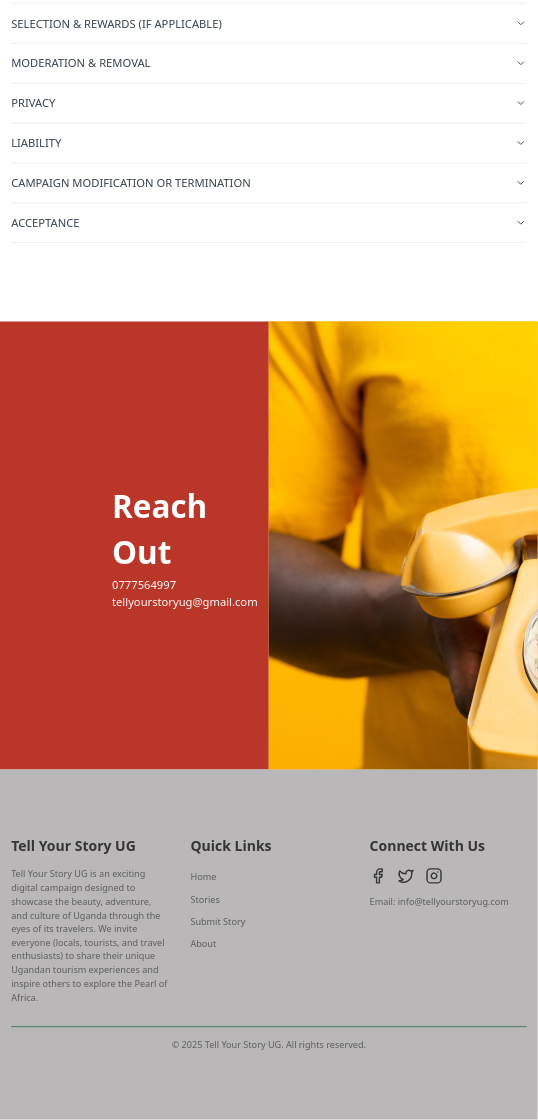
Repository: kaizoku010/take.part
Page: /
These files come from the project's save history. The page is drawn as it stood at one moment and after a run of saves; the edit follows.
The browser window is 768 px wide. The pictures show the part of the page from y = 4075 to 6315 px (the page is 5675 px tall before and 6315 px after), at 70% of full size.
Backgrounds fixed to the window are drawn as part of the page. The project was rebuilt for these pictures with package versions that can differ from the ones it lists, and the page was loaded fresh each time. Also part of the build but not shown: vite.config.ts, src/components/ui/tooltip.tsx, src/pages/About.tsx, src/components/ui/input.tsx, src/pages/Stories.tsx, src/pages/StoryDetail.tsx, src/components/ui/use-toast.ts, src/components/ui/label.tsx and 3 more.

Above is the page before, as saved 2025-04-14 17:03:57.

### index.html

<!DOCTYPE html>
<html lang="en">
  <head>
    <meta charset="UTF-8" />
    <meta name="viewport" content="width=device-width, initial-scale=1.0" />
    <title>TAKE PART</title>
    <meta name="description" content="Share your Ugandan tourism experiences and inspire others to explore the Pearl of Africa" />
    <meta name="author" content="muneza dixon" />

    <meta property="og:title" content="Tell Your Story UG - Explore Uganda" />
    <meta property="og:description" content="Share your Ugandan tourism experiences and inspire others to explore the Pearl of Africa" />

    <!-- Meta Pixel Code -->
    <script>
    !function(f,b,e,v,n,t,s)
    {if(f.fbq)return;n=f.fbq=function(){n.callMethod?
    n.callMethod.apply(n,arguments):n.queue.push(arguments)};
    if(!f._fbq)f._fbq=n;n.push=n;n.loaded=!0;n.version='2.0';
    n.queue=[];t=b.createElement(e);t.async=!0;
    t.src=v;s=b.getElementsByTagName(e)[0];
    s.parentNode.insertBefore(t,s)}(window, document,'script',
    'https://connect.facebook.net/en_US/fbevents.js');
    fbq('init', '1846327909352916');
    fbq('track', 'PageView');
    </script>
    <!-- End Meta Pixel Code -->
  </head>

  <body>
    <div id="root"></div>
    <!-- Facebook Pixel noscript -->
    <noscript><img height="1" width="1" style="display:none"
    src="https://www.facebook.com/tr?id=1846327909352916&ev=PageView&noscript=1"
    /></noscript>
    <!-- IMPORTANT: DO NOT REMOVE THIS SCRIPT TAG OR THIS VERY COMMENT! -->
    <script src="https://cdn.gpteng.co/gptengineer.js" type="module"></script>
    <script type="module" src="/src/main.tsx"></script>
  </body>
</html>

### src/App.tsx

import { Toaster } from "@/components/ui/toaster";
import { Toaster as Sonner } from "@/components/ui/sonner";
import { TooltipProvider } from "@/components/ui/tooltip";
import { QueryClient, QueryClientProvider } from "@tanstack/react-query";
import { BrowserRouter, Routes, Route } from "react-router-dom";
import Home from "./pages/Home";
import About from "./pages/About";
import Stories from "./pages/Stories";
import StoryDetail from "./pages/StoryDetail";
import SubmitStory from "./pages/SubmitStory";
import NotFound from "./pages/NotFound";
import "./mdx.css";
import "./mobile.css"

const queryClient = new QueryClient();

const App = () => (
  <QueryClientProvider client={queryClient}>
    <TooltipProvider>
      <Toaster />
      <Sonner />
      <BrowserRouter>
        <Routes>
          <Route path="/" element={<Home />} />
          <Route path="/about" element={<About />} />
          <Route path="/stories" element={<Stories />} />
          <Route path="/stories/:id" element={<StoryDetail />} />
          <Route path="/submit-story" element={<SubmitStory />} />
          {/* ADD ALL CUSTOM ROUTES ABOVE THE CATCH-ALL "*" ROUTE */}
          <Route path="*" element={<NotFound />} />
        </Routes>
      </BrowserRouter>
    </TooltipProvider>
  </QueryClientProvider>
);

export default App;

### src/index.css
@tailwind base;
@tailwind components;
@tailwind utilities;

@layer base {
  :root {
    --background: 0 0% 100%;
    --foreground: 222.2 84% 4.9%;

    --card: 0 0% 100%;
    --card-foreground: 222.2 84% 4.9%;

    --popover: 0 0% 100%;
    --popover-foreground: 222.2 84% 4.9%;

    /* Main Orange/Gold */
    --primary: 41.81 100% 49.8%;
    --primary-foreground: 210 40% 98%;

    /* Rust Red */
    --secondary: 5.38 63.88% 44.51%;
    --secondary-foreground: 210 40% 98%;

    /* Change accent to Rust Red */
    --accent: 5.38 63.88% 44.51%;
    --accent-foreground: 210 40% 98%;

    --muted: 210 40% 96.1%;
    --muted-foreground: 215.4 16.3% 46.9%;

    --destructive: 0 84.2% 60.2%;
    --destructive-foreground: 210 40% 98%;

    --border: 214.3 31.8% 91.4%;
    --input: 214.3 31.8% 91.4%;
    --ring: 5.38 63.88% 44.51%;  /* Changed to Rust Red */

    --radius: 0.5rem;

    --sidebar-background: 0 0% 98%;

    --sidebar-foreground: 240 5.3% 26.1%;

    --sidebar-primary: 240 5.9% 10%;

    --sidebar-primary-foreground: 0 0% 98%;

    --sidebar-accent: 240 4.8% 95.9%;

    --sidebar-accent-foreground: 240 5.9% 10%;

    --sidebar-border: 220 13% 91%;

    --sidebar-ring: 217.2 91.2% 59.8%;
  }

  .dark {
    --background: 222.2 84% 4.9%;
    --foreground: 210 40% 98%;

    --card: 222.2 84% 4.9%;
    --card-foreground: 210 40% 98%;

    --popover: 222.2 84% 4.9%;
    --popover-foreground: 210 40% 98%;

    /* Main Orange/Gold */
    --primary: 41.81 100% 49.8%;
    --primary-foreground: 210 40% 98%;

    /* Rust Red */
    --secondary: 5.38 63.88% 44.51%;
    --secondary-foreground: 210 40% 98%;

    /* Change accent to Rust Red */
    --accent: 5.38 63.88% 44.51%;
    --accent-foreground: 210 40% 98%;

    --muted: 217.2 32.6% 17.5%;
    --muted-foreground: 215 20.2% 65.1%;

    --destructive: 0 62.8% 30.6%;
    --destructive-foreground: 210 40% 98%;

    --border: 217.2 32.6% 17.5%;
    --input: 217.2 32.6% 17.5%;
    --ring: 5.38 63.88% 44.51%;  /* Changed to Rust Red */
    --sidebar-background: 240 5.9% 10%;
    --sidebar-foreground: 240 4.8% 95.9%;
    --sidebar-primary: 224.3 76.3% 48%;
    --sidebar-primary-foreground: 0 0% 100%;
    --sidebar-accent: 240 3.7% 15.9%;
    --sidebar-accent-foreground: 240 4.8% 95.9%;
    --sidebar-border: 240 3.7% 15.9%;
    --sidebar-ring: 217.2 91.2% 59.8%;
  }
}

@layer base {
  * {
    @apply border-border;
  }

  body {
    @apply bg-background text-foreground;
  }
}

### src/components/ui/toaster.tsx
import { useToast } from "@/hooks/use-toast"
import {
  Toast,
  ToastClose,
  ToastDescription,
  ToastProvider,
  ToastTitle,
  ToastViewport,
} from "@/components/ui/toast"

export function Toaster() {
  const { toasts } = useToast()

  return (
    <ToastProvider>
      {toasts.map(function ({ id, title, description, action, ...props }) {
        return (
          <Toast key={id} {...props}>
            <div className="grid gap-1">
              {title && <ToastTitle>{title}</ToastTitle>}
              {description && (
                <ToastDescription>{description}</ToastDescription>
              )}
            </div>
            {action}
            <ToastClose />
          </Toast>
        )
      })}
      <ToastViewport />
    </ToastProvider>
  )
}

### src/components/ui/sonner.tsx
import { useTheme } from "next-themes"
import { Toaster as Sonner, toast } from "sonner"

type ToasterProps = React.ComponentProps<typeof Sonner>

const Toaster = ({ ...props }: ToasterProps) => {
  const { theme = "system" } = useTheme()

  return (
    <Sonner
      theme={theme as ToasterProps["theme"]}
      className="toaster group"
      toastOptions={{
        classNames: {
          toast:
            "group toast group-[.toaster]:bg-background group-[.toaster]:text-foreground group-[.toaster]:border-border group-[.toaster]:shadow-lg",
          description: "group-[.toast]:text-muted-foreground",
          actionButton:
            "group-[.toast]:bg-primary group-[.toast]:text-primary-foreground",
          cancelButton:
            "group-[.toast]:bg-muted group-[.toast]:text-muted-foreground",
        },
      }}
      {...props}
    />
  )
}

export { Toaster, toast }

### src/mdx.css
#hero-text{
    font-size: 1.2rem !important;
    line-height: unset !important;
}

#logo{
    width: 6rem !important;
}

#nav{
    background-color: white !important;

}

#link{
    font-size: small !important;
    font-weight: 500;
color:rgba(0, 0, 0, 0.658) !important;
}


.bg-green-800{
    background-color: #ba3629 !important;
}

.bg-yellow-800{
    background-color: rgb(254, 177, 0) !important;
}


.bg-yellow-dx{
    background-color: rgb(254, 177, 0) !important;
}

.bg-green-900 {
    color: rgb(54, 53, 53) !important;
background-color: rgb(185, 183, 183) !important;
}


.text-green-800 {
    --tw-text-opacity: 1;
    color: rgb(43 49 45) !important;
}


.text-gray-hound{
    font-size: small;
    color: rgb(94, 94, 94) !important;
}


#carousel-section{
    padding-top: 5rem;
    padding-bottom: 5rem;
    background-color: #feb100 !important;
}

.bg-background {
    background-color: #212120 !important;
}

#prizes-section{
    height: 40rem !important;
    display: flex;
    padding-left: 10rem;
    background-position: bottom;
    background-attachment: fixed;
    width: 100%;
    background-image: url("../src/media/zebs.jpg");
}


.content-prizes{
display: flex;
/* background-color: red; */
width: 100%;
flex-direction: column;
justify-content: center;
}

.content-prizes-2{
display: flex;
background-color: transparent;
width: 100%;
flex-direction: column;
}

.win-title{

    font-weight: 800;
    font-size: 2rem;
    margin-bottom: 1rem;
    color: white;
}

.prize{
    display: flex;

    /* margin-bottom: 1rem; */
    font-weight: 200;
    /* font-size: 2rem; */
    align-items: center;
    color: white;
}

.prize img{
    width: 2.5rem;
    height: 2rem;
}


.take-part{
    background-color: #feb100;
    color: rgb(54, 52, 52);
    padding: 0.7rem;
    margin-top: 2rem;
    width: 10rem;
    font-weight: bold;
    font-size: small;
    border-radius: 10px;

}

.take-part:hover{
    color: white !important;
background-color: #ba3629 !important;
}


#vist-ug{
    background-color: #ba3629 !important;
}


#vist-ug:hover{
    background-color: transparent !important;
}


#footer{
    padding-top: 6rem;
    padding-bottom: 6rem;
}

#cta{
    height: 30rem;
    display: flex;
    flex-direction: column;
    justify-content: center;
    /* padding-top: 5rem !important;
    padding-bottom: 5rem !important; */
}


#contact{
    display: flex;
    /* background-image: url("../src/media/call.jpg"); */
}


#cta-section{
    width: 100%;
    height: 40rem;
    justify-content: center;
    display: flex;
    color: white;
    flex-direction: column;
    background-color: #ba3629 !important;
}

#cta-section-2{
    width: 100%;
    height: 40rem;
    background-size: cover;
    background-image: url("../src/media/call.jpg");
    background-color: #feb100 !important;
}

.call-title{
    padding-left: 10rem;
    font-size: 45px;
    font-weight: 800;

}

#cta-section > p{
    padding-left: 10rem;

}

### src/mobile.css
@media (max-width: 768px) {
    header {
      padding: 0.5rem 0;
    }

    .mobile-menu {
      position: absolute;
      top: 100%;
      left: 0;
      right: 0;
      background-color: #166534; /* green-800 */
      padding: 1rem;
      box-shadow: 0 2px 4px rgba(0,0,0,0.1);
    }

    .mobile-menu a {
      display: block;
      padding: 0.75rem 1rem;
      color: white;
      border-bottom: 1px solid rgba(255,255,255,0.1);
    }

    .mobile-menu a:last-child {
      border-bottom: none;
    }

#cta-section{
    flex-direction: column;
}

  }

### src/components/ui/button.tsx
import * as React from "react"
import { Slot } from "@radix-ui/react-slot"
import { cva, type VariantProps } from "class-variance-authority"

import { cn } from "@/lib/utils"

const buttonVariants = cva(
  "inline-flex items-center justify-center gap-2 whitespace-nowrap rounded-md text-sm font-medium ring-offset-background transition-colors focus-visible:outline-none focus-visible:ring-2 focus-visible:ring-ring focus-visible:ring-offset-2 disabled:pointer-events-none disabled:opacity-50 [&_svg]:pointer-events-none [&_svg]:size-4 [&_svg]:shrink-0",
  {
    variants: {
      variant: {
        default: "bg-primary text-primary-foreground hover:bg-primary/90",
        destructive:
          "bg-destructive text-destructive-foreground hover:bg-destructive/90",
        outline:
          "border border-input bg-background hover:bg-accent hover:text-accent-foreground",
        secondary:
          "bg-secondary text-secondary-foreground hover:bg-secondary/80",
        ghost: "hover:bg-accent hover:text-accent-foreground",
        link: "text-primary underline-offset-4 hover:underline",
      },
      size: {
        default: "h-10 px-4 py-2",
        sm: "h-9 rounded-md px-3",
        lg: "h-11 rounded-md px-8",
        icon: "h-10 w-10",
      },
    },
    defaultVariants: {
      variant: "default",
      size: "default",
    },
  }
)

export interface ButtonProps
  extends React.ButtonHTMLAttributes<HTMLButtonElement>,
    VariantProps<typeof buttonVariants> {
  asChild?: boolean
}

const Button = React.forwardRef<HTMLButtonElement, ButtonProps>(
  ({ className, variant, size, asChild = false, ...props }, ref) => {
    const Comp = asChild ? Slot : "button"
    return (
      <Comp
        className={cn(buttonVariants({ variant, size, className }))}
        ref={ref}
        {...props}
      />
    )
  }
)
Button.displayName = "Button"

export { Button, buttonVariants }

### src/components/ui/card.tsx
import * as React from "react"

import { cn } from "@/lib/utils"

const Card = React.forwardRef<
  HTMLDivElement,
  React.HTMLAttributes<HTMLDivElement>
>(({ className, ...props }, ref) => (
  <div
    ref={ref}
    className={cn(
      "rounded-lg border bg-card text-card-foreground shadow-sm",
      className
    )}
    {...props}
  />
))
Card.displayName = "Card"

const CardHeader = React.forwardRef<
  HTMLDivElement,
  React.HTMLAttributes<HTMLDivElement>
>(({ className, ...props }, ref) => (
  <div
    ref={ref}
    className={cn("flex flex-col space-y-1.5 p-6", className)}
    {...props}
  />
))
CardHeader.displayName = "CardHeader"

const CardTitle = React.forwardRef<
  HTMLParagraphElement,
  React.HTMLAttributes<HTMLHeadingElement>
>(({ className, ...props }, ref) => (
  <h3
    ref={ref}
    className={cn(
      "text-2xl font-semibold leading-none tracking-tight",
      className
    )}
    {...props}
  />
))
CardTitle.displayName = "CardTitle"

const CardDescription = React.forwardRef<
  HTMLParagraphElement,
  React.HTMLAttributes<HTMLParagraphElement>
>(({ className, ...props }, ref) => (
  <p
    ref={ref}
    className={cn("text-sm text-muted-foreground", className)}
    {...props}
  />
))
CardDescription.displayName = "CardDescription"

const CardContent = React.forwardRef<
  HTMLDivElement,
  React.HTMLAttributes<HTMLDivElement>
>(({ className, ...props }, ref) => (
  <div ref={ref} className={cn("p-6 pt-0", className)} {...props} />
))
CardContent.displayName = "CardContent"

const CardFooter = React.forwardRef<
  HTMLDivElement,
  React.HTMLAttributes<HTMLDivElement>
>(({ className, ...props }, ref) => (
  <div
    ref={ref}
    className={cn("flex items-center p-6 pt-0", className)}
    {...props}
  />
))
CardFooter.displayName = "CardFooter"

export { Card, CardHeader, CardFooter, CardTitle, CardDescription, CardContent }

### src/components/layout/Layout.tsx

import { ReactNode } from "react";
import Header from "./Header";
import Footer from "./Footer";

interface LayoutProps {
  children: ReactNode;
}

const Layout = ({ children }: LayoutProps) => {
  return (
    <div className="flex flex-col min-h-screen">
      <Header />
      <main className="flex-grow">
        {children}
      </main>
      <Footer />
    </div>
  );
};

export default Layout;

### src/components/ui/accordion.tsx
import * as React from "react"
import * as AccordionPrimitive from "@radix-ui/react-accordion"
import { ChevronDown } from "lucide-react"

import { cn } from "@/lib/utils"

const Accordion = AccordionPrimitive.Root

const AccordionItem = React.forwardRef<
  React.ElementRef<typeof AccordionPrimitive.Item>,
  React.ComponentPropsWithoutRef<typeof AccordionPrimitive.Item>
>(({ className, ...props }, ref) => (
  <AccordionPrimitive.Item
    ref={ref}
    className={cn("border-b", className)}
    {...props}
  />
))
AccordionItem.displayName = "AccordionItem"

const AccordionTrigger = React.forwardRef<
  React.ElementRef<typeof AccordionPrimitive.Trigger>,
  React.ComponentPropsWithoutRef<typeof AccordionPrimitive.Trigger>
>(({ className, children, ...props }, ref) => (
  <AccordionPrimitive.Header className="flex">
    <AccordionPrimitive.Trigger
      ref={ref}
      className={cn(
        "flex flex-1 items-center justify-between py-4 font-medium transition-all hover:underline [&[data-state=open]>svg]:rotate-180",
        className
      )}
      {...props}
    >
      {children}
      <ChevronDown className="h-4 w-4 shrink-0 transition-transform duration-200" />
    </AccordionPrimitive.Trigger>
  </AccordionPrimitive.Header>
))
AccordionTrigger.displayName = AccordionPrimitive.Trigger.displayName

const AccordionContent = React.forwardRef<
  React.ElementRef<typeof AccordionPrimitive.Content>,
  React.ComponentPropsWithoutRef<typeof AccordionPrimitive.Content>
>(({ className, children, ...props }, ref) => (
  <AccordionPrimitive.Content
    ref={ref}
    className="overflow-hidden text-sm transition-all data-[state=closed]:animate-accordion-up data-[state=open]:animate-accordion-down"
    {...props}
  >
    <div className={cn("pb-4 pt-0", className)}>{children}</div>
  </AccordionPrimitive.Content>
))

AccordionContent.displayName = AccordionPrimitive.Content.displayName

export { Accordion, AccordionItem, AccordionTrigger, AccordionContent }

### src/components/layout/Header.tsx

import { useState } from "react";
import { Menu, X } from "lucide-react";
import { Link } from "react-router-dom";
import Logo from "../../media/logo.png";

const Header = () => {
  const [isMenuOpen, setIsMenuOpen] = useState(false);

  const toggleMenu = () => {
    setIsMenuOpen(!isMenuOpen);
  };

  const scrollToSection = (sectionId: string) => {
    const element = document.getElementById(sectionId);
    if (element) {
      element.scrollIntoView({ behavior: 'smooth' });
      setIsMenuOpen(false);
    }
  };

  return (
    <header id="nav" className="text-white shadow-md sticky top-0 z-50">
      <div className="container mx-auto px-4">
        <div className="flex justify-between items-center">
          <Link to="/" className="text-2xl font-bold flex items-center gap-2">
            <img id="logo" src={Logo} alt="Logo" />
            {/* <span className="text-white">Tell Your Story</span> */}
          </Link>

          {/* Desktop Navigation */}
          <nav className="hidden md:flex space-x-8">
            <a onClick={() => scrollToSection('hero')} id="link" className="hover:text-yellow-400 transition-colors cursor-pointer">Home</a>
            <a onClick={() => scrollToSection('about')} id="link" className="hover:text-yellow-400 transition-colors cursor-pointer">About</a>
            <a onClick={() => scrollToSection('prizes-section')} id="link" className="hover:text-yellow-400 transition-colors cursor-pointer">Prizes</a>
            <a onClick={() => scrollToSection('terms')} id="link" className="hover:text-yellow-400 transition-colors cursor-pointer">Terms (T&C)</a>
            <a onClick={() => scrollToSection('contact')} id="link" className="hover:text-yellow-400 transition-colors cursor-pointer">Contact us</a>
          </nav>

          {/* Mobile Menu Button */}
          <button
            onClick={toggleMenu}
            className="md:hidden text-white focus:outline-none"
          >
            {isMenuOpen ? <X size={24} /> : <Menu size={24} />}
          </button>
        </div>

        {/* Mobile Navigation */}
        {isMenuOpen && (
          <nav className="md:hidden pt-4 pb-2">
            <div className="flex flex-col space-y-3">
              <a onClick={() => scrollToSection('hero')} className="hover:text-yellow-400 transition-colors py-2 cursor-pointer">Home</a>
              <a onClick={() => scrollToSection('about')} className="hover:text-yellow-400 transition-colors py-2 cursor-pointer">About</a>
              <a onClick={() => scrollToSection('prizes-section')} className="hover:text-yellow-400 transition-colors py-2 cursor-pointer">Prizes</a>
              <a onClick={() => scrollToSection('terms')} className="hover:text-yellow-400 transition-colors py-2 cursor-pointer">Terms (T&C)</a>
              <a onClick={() => scrollToSection('contact')} className="hover:text-yellow-400 transition-colors py-2 cursor-pointer">Contact us</a>
            </div>
          </nav>
        )}
      </div>
    </header>
  );
};

export default Header;

### src/components/layout/Footer.tsx

import { Facebook, Instagram, Twitter } from "lucide-react";
import { Link } from "react-router-dom";

const Footer = () => {
  return (
    <footer id="footer" className="bg-green-900 text-white py-10">
      <div className="container mx-auto px-4">
        <div className="grid grid-cols-1 md:grid-cols-3 gap-8">
          <div>
            <h3 className="text-xl font-bold mb-4">Tell Your Story UG</h3>
            <p className="text-gray-300 text-gray-hound">
            Tell Your Story UG is an exciting digital campaign designed to showcase the beauty, adventure, and culture of Uganda through the eyes of its travelers. We invite everyone (locals, tourists, and travel enthusiasts) to share their unique Ugandan tourism experiences and inspire others to explore the Pearl of Africa.
                        </p>
          </div>

          <div>
            <h3 className="text-xl font-bold mb-4">Quick Links</h3>
            <ul className="space-y-2">
              <li><Link to="/" className="text-gray-hound text-gray-300 hover:text-yellow-400 transition-colors">Home</Link></li>
              <li><Link to="/stories" className="text-gray-hound text-gray-300 hover:text-yellow-400 transition-colors">Stories</Link></li>
              <li><Link to="/submit-story" className="text-gray-hound text-gray-300 hover:text-yellow-400 transition-colors">Submit Story</Link></li>
              <li><Link to="/about" className="text-gray-hound text-gray-300 hover:text-yellow-400 transition-colors">About</Link></li>
            </ul>
          </div>

          <div>
            <h3 className="text-xl font-bold mb-4">Connect With Us</h3>
            <div className="flex space-x-4">
              <a href="https://facebook.com" target="_blank" rel="noopener noreferrer" className="hover:text-yellow-400 transition-colors">
                <Facebook size={24} />
              </a>
              <a href="https://twitter.com" target="_blank" rel="noopener noreferrer" className="hover:text-yellow-400 transition-colors">
                <Twitter size={24} />
              </a>
              <a href="https://instagram.com" target="_blank" rel="noopener noreferrer" className="hover:text-yellow-400 transition-colors">
                <Instagram size={24} />
              </a>
            </div>
            <p className="mt-4 text-gray-300 text-gray-hound">
              Email: <a href="mailto:info@tellyourstoryug.com" className="text-gray-hound hover:text-yellow-400 transition-colors">info@tellyourstoryug.com</a>
            </p>
          </div>
        </div>

        <div className="mt-8 pt-4 border-t border-green-800 text-center text-gray-300 text-gray-hound">
          <p>&copy; {new Date().getFullYear()} Tell Your Story UG. All rights reserved.</p>
        </div>
      </div>
    </footer>
  );
};

export default Footer;

### tailwind.config.ts
import type { Config } from "tailwindcss";

export default {
	darkMode: ["class"],
	content: [
		"./pages/**/*.{ts,tsx}",
		"./components/**/*.{ts,tsx}",
		"./app/**/*.{ts,tsx}",
		"./src/**/*.{ts,tsx}",
	],
	prefix: "",
	theme: {
		container: {
			center: true,
			padding: '2rem',
			screens: {
				'2xl': '1400px'
			}
		},
		extend: {
			colors: {
				main: 'hsl(41.81, 100%, 49.8%)',    // Orange/Gold
				accent: 'hsl(5.38, 63.88%, 44.51%)', // Rust Red
				border: 'hsl(var(--border))',
				input: 'hsl(var(--input))',
				ring: 'hsl(var(--ring))',
				background: 'hsl(var(--background))',
				foreground: 'hsl(var(--foreground))',
				primary: {
					DEFAULT: 'hsl(var(--primary))',
					foreground: 'hsl(var(--primary-foreground))'
				},
				secondary: {
					DEFAULT: 'hsl(var(--secondary))',
					foreground: 'hsl(var(--secondary-foreground))'
				},
				destructive: {
					DEFAULT: 'hsl(var(--destructive))',
					foreground: 'hsl(var(--destructive-foreground))'
				},
				muted: {
					DEFAULT: 'hsl(var(--muted))',
					foreground: 'hsl(var(--muted-foreground))'
				},
				// accent: {
				// 	DEFAULT: 'hsl(var(--accent))',
				// 	foreground: 'hsl(var(--accent-foreground))'
				// },
				popover: {
					DEFAULT: 'hsl(var(--popover))',
					foreground: 'hsl(var(--popover-foreground))'
				},
				card: {
					DEFAULT: 'hsl(var(--card))',
					foreground: 'hsl(var(--card-foreground))'
				},
				sidebar: {
					DEFAULT: 'hsl(var(--sidebar-background))',
					foreground: 'hsl(var(--sidebar-foreground))',
					primary: 'hsl(var(--sidebar-primary))',
					'primary-foreground': 'hsl(var(--sidebar-primary-foreground))',
					accent: 'hsl(var(--sidebar-accent))',
					'accent-foreground': 'hsl(var(--sidebar-accent-foreground))',
					border: 'hsl(var(--sidebar-border))',
					ring: 'hsl(var(--sidebar-ring))'
				}
			},
			borderRadius: {
				lg: 'var(--radius)',
				md: 'calc(var(--radius) - 2px)',
				sm: 'calc(var(--radius) - 4px)'
			},
			keyframes: {
				'accordion-down': {
					from: {
						height: '0'
					},
					to: {
						height: 'var(--radix-accordion-content-height)'
					}
				},
				'accordion-up': {
					from: {
						height: 'var(--radix-accordion-content-height)'
					},
					to: {
						height: '0'
					}
				}
			},
			animation: {
				'accordion-down': 'accordion-down 0.2s ease-out',
				'accordion-up': 'accordion-up 0.2s ease-out'
			}
		}
	},
	plugins: [require("tailwindcss-animate")],
} satisfies Config;

Loaded but not shown: src/main.tsx (common file); src/hooks/use-toast.ts (common file); src/lib/utils.ts (common file); src/pages/Home.tsx (610 lines, source omitted); src/components/ui/carousel.tsx (260 lines, source omitted); src/components/ui/toast.tsx (127 lines, source omitted)

After the next 6 saves:
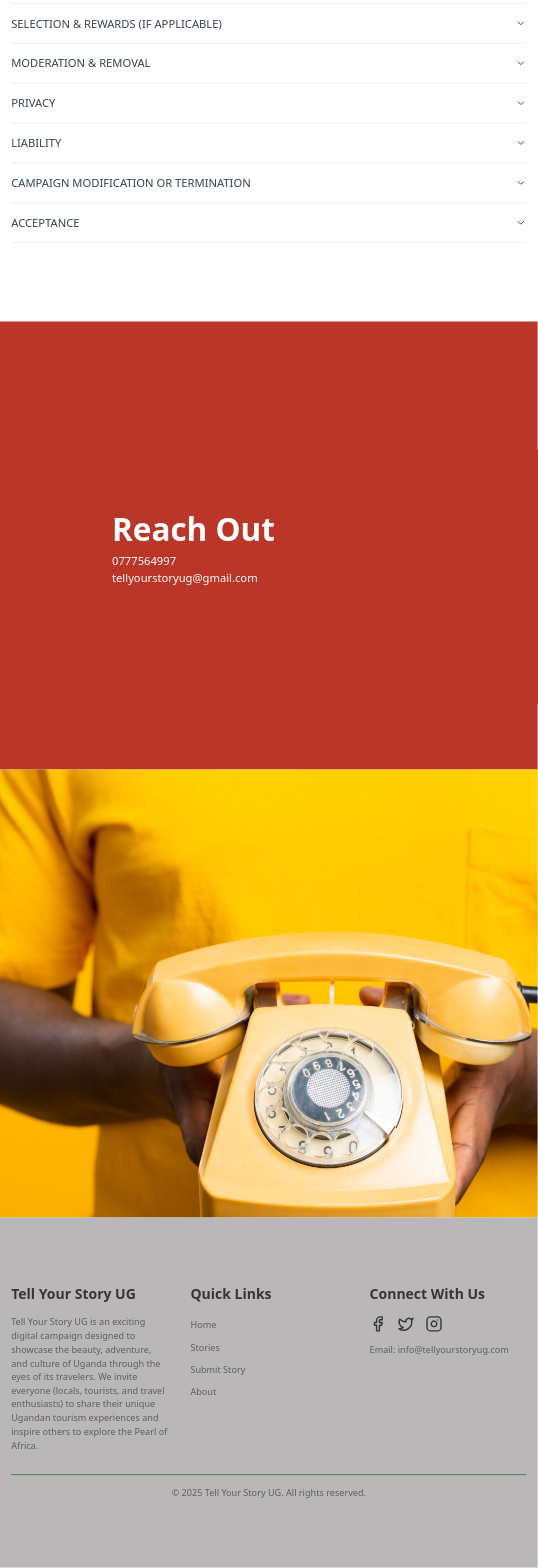
The 6 saves are shown as one change because they came seconds apart.
The last was saved 60 s later.
--- a/src/mobile.css
+++ b/src/mobile.css
@@ -24,6 +24,12 @@
       border-bottom: none;
     }
 
+
+    #contact {
+        display: flex;
+        flex-direction: column;
+    }
+
 #cta-section{
     flex-direction: column;
 }
